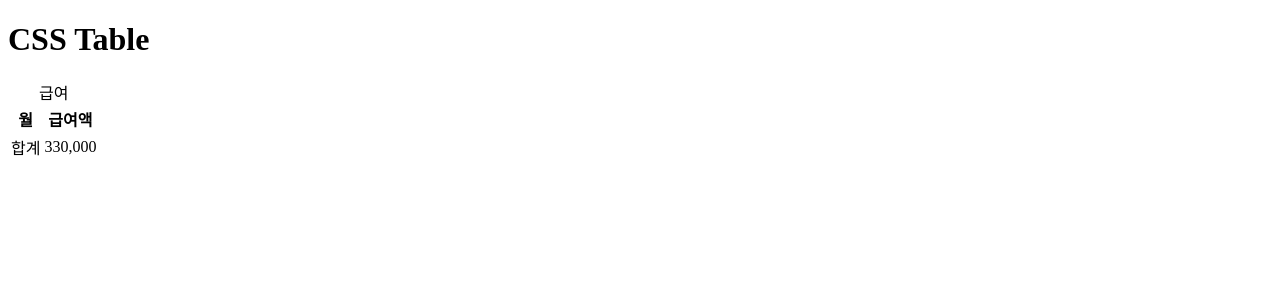
Repository: XenosJM/WEB_CODES
Page: Web02_CSS/src/main/webapp/10_table.html
These files come from the project's save history. The page is drawn as it stood at one moment and after the next save; the edit follows.
The browser window is 1280 px wide. The pictures show the whole page.

Above is the page before, as saved 2024-03-20 01:11:37.

After the next save:
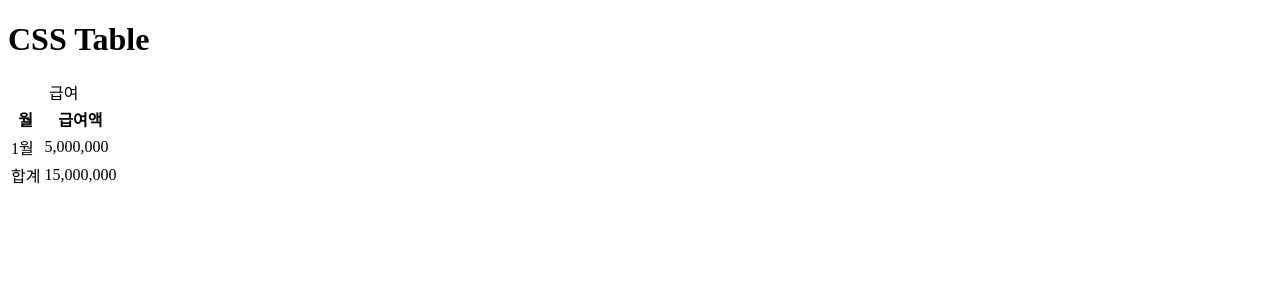
Saved 85 s later.
--- a/Web02_CSS/src/main/webapp/10_table.html
+++ b/Web02_CSS/src/main/webapp/10_table.html
@@ -17,9 +17,15 @@
 		<tfoot>
 			<tr>
 				<td>합계</td>
-				<td>330,000</td>
+				<td>15,000,000</td>
 			</tr>
 		</tfoot>
+		<tbody>
+			<tr>
+				<td>1월</td>
+				<td>5,000,000</td>
+			</tr>
+		</tbody>
 	</table>
 
 </body>
